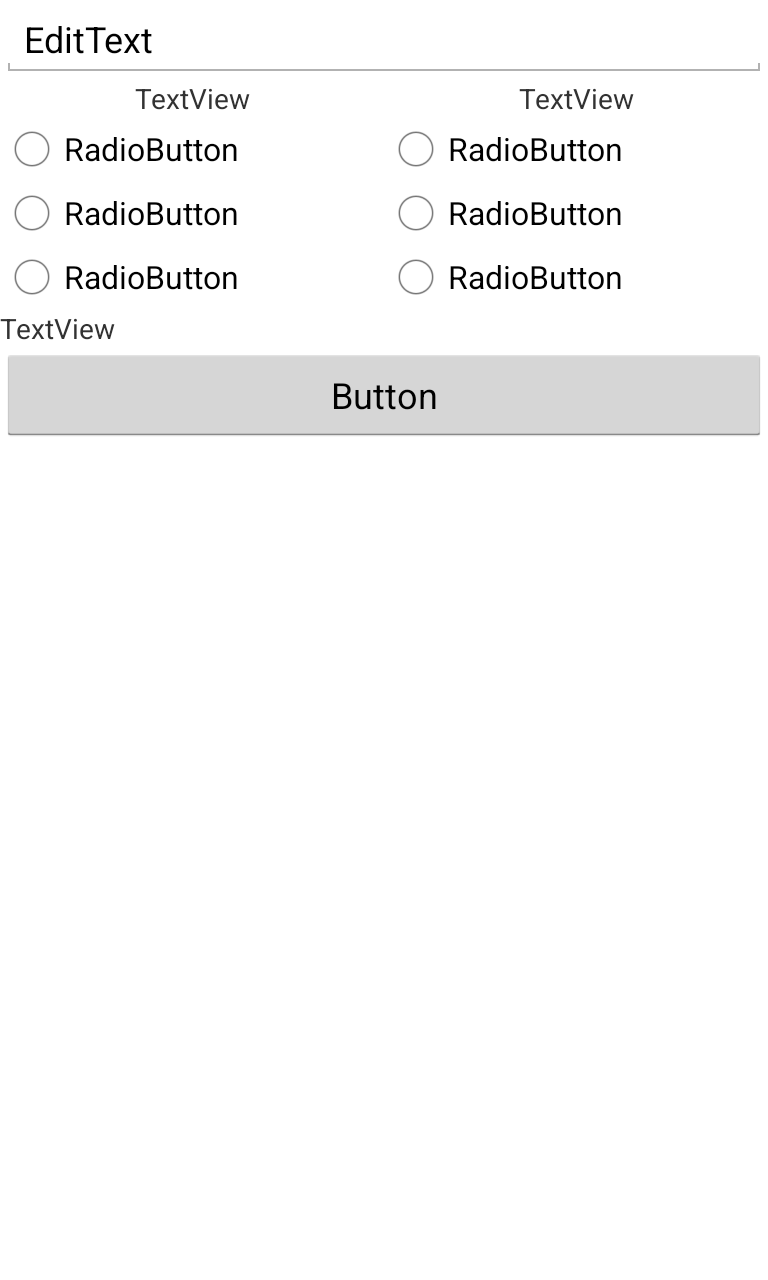
Repository: Cappo/ACM-Android-Development-SIG
Layout: Cappo/res/layout/tutorial1.xml
An editor plug-in stored every save of this project. The layout is shown before and after the next save, followed by the edit.
It is drawn on a 768 x 1280 px phone screen (xhdpi) without system bars, with theme AppTheme; the app's code is not run.

Above is the layout before, as saved 2013-09-15 01:58:11.

After the next save:
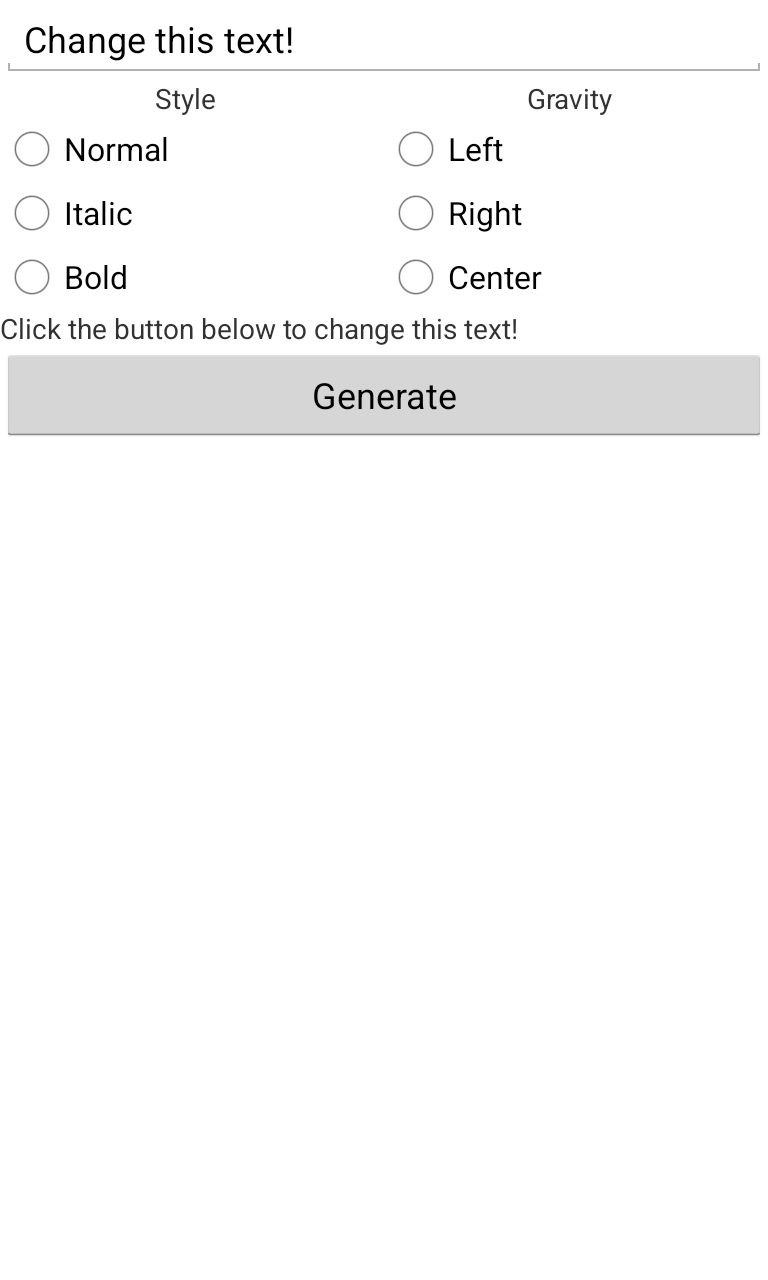
Saved 4 min 26 s later.
--- a/Cappo/res/layout/tutorial1.xml
+++ b/Cappo/res/layout/tutorial1.xml
@@ -8,7 +8,7 @@
         android:id="@+id/editText1"
         android:layout_width="fill_parent"
         android:layout_height="wrap_content"
-        android:text="EditText" />
+        android:text="Change this text!" />
 
     <LinearLayout
         android:layout_width="match_parent"
@@ -17,20 +17,20 @@
         android:weightSum="2" >
 
         <TextView
-            android:id="@+id/textView1"
+            android:id="@+id/style"
             android:layout_width="wrap_content"
             android:layout_height="wrap_content"
             android:layout_weight="1"
             android:gravity="center"
-            android:text="TextView" />
+            android:text="Style" />
 
         <TextView
-            android:id="@+id/textView2"
+            android:id="@+id/gravity"
             android:layout_width="wrap_content"
             android:layout_height="wrap_content"
             android:layout_weight="1"
             android:gravity="center"
-            android:text="TextView" />
+            android:text="Gravity" />
 
     </LinearLayout>
 
@@ -46,20 +46,20 @@
         android:layout_weight="1" >
 
 	    <RadioButton
-	        android:id="@+id/radioButton1"
+	        android:id="@+id/normal"
 	        android:layout_width="wrap_content"
 	        android:layout_height="wrap_content"
-	        android:text="RadioButton" />
+	        android:text="Normal" />
 	    <RadioButton
-	        android:id="@+id/radioButton1"
+	        android:id="@+id/italic"
 	        android:layout_width="wrap_content"
 	        android:layout_height="wrap_content"
-	        android:text="RadioButton" />
+	        android:text="Italic" />
 	    <RadioButton
-	        android:id="@+id/radioButton1"
+	        android:id="@+id/bold"
 	        android:layout_width="wrap_content"
 	        android:layout_height="wrap_content"
-	        android:text="RadioButton" />
+	        android:text="Bold" />
 
 	</RadioGroup>
 	<RadioGroup
@@ -69,20 +69,20 @@
         android:layout_weight="1" >
 
 	    <RadioButton
-	        android:id="@+id/radioButton1"
+	        android:id="@+id/left"
 	        android:layout_width="wrap_content"
 	        android:layout_height="wrap_content"
-	        android:text="RadioButton" />
+	        android:text="Left" />
 	    <RadioButton
-	        android:id="@+id/radioButton1"
+	        android:id="@+id/right"
 	        android:layout_width="wrap_content"
 	        android:layout_height="wrap_content"
-	        android:text="RadioButton" />
+	        android:text="Right" />
 	    <RadioButton
-	        android:id="@+id/radioButton1"
+	        android:id="@+id/center"
 	        android:layout_width="wrap_content"
 	        android:layout_height="wrap_content"
-	        android:text="RadioButton" />
+	        android:text="Center" />
 
 	 </RadioGroup>
 	 </LinearLayout>
@@ -91,12 +91,12 @@
         android:id="@+id/textView3"
         android:layout_width="match_parent"
         android:layout_height="wrap_content"
-        android:text="TextView" />
+        android:text="Click the button below to change this text!" />
 
     <Button
-        android:id="@+id/button1"
+        android:id="@+id/generate"
         android:layout_width="match_parent"
         android:layout_height="wrap_content"
-        android:text="Button" />
+        android:text="Generate" />
 
 </LinearLayout>
